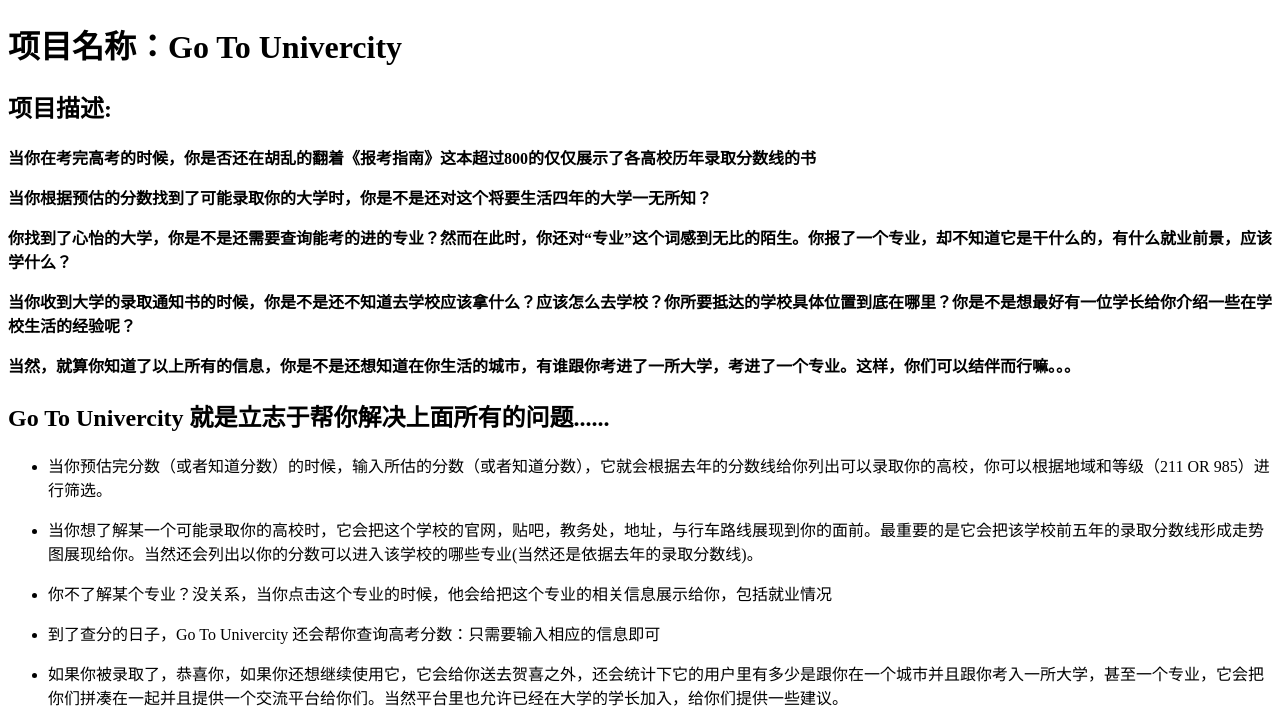
Repository: SUT-GC/GoToUnivercity
Page: http://localhost/GoToUniversity/ideasource/idea.jsp
An editor plug-in stored every save of this project. The page is shown before and after the next save, followed by the edit.
The browser window is 1280 px wide. The pictures show the whole page.
The page is served by Tomcat 9. Nobody is signed in. The application's start-up code is not run.

Above is the page before, as saved 2015-11-16 11:14:50.

After the next save:
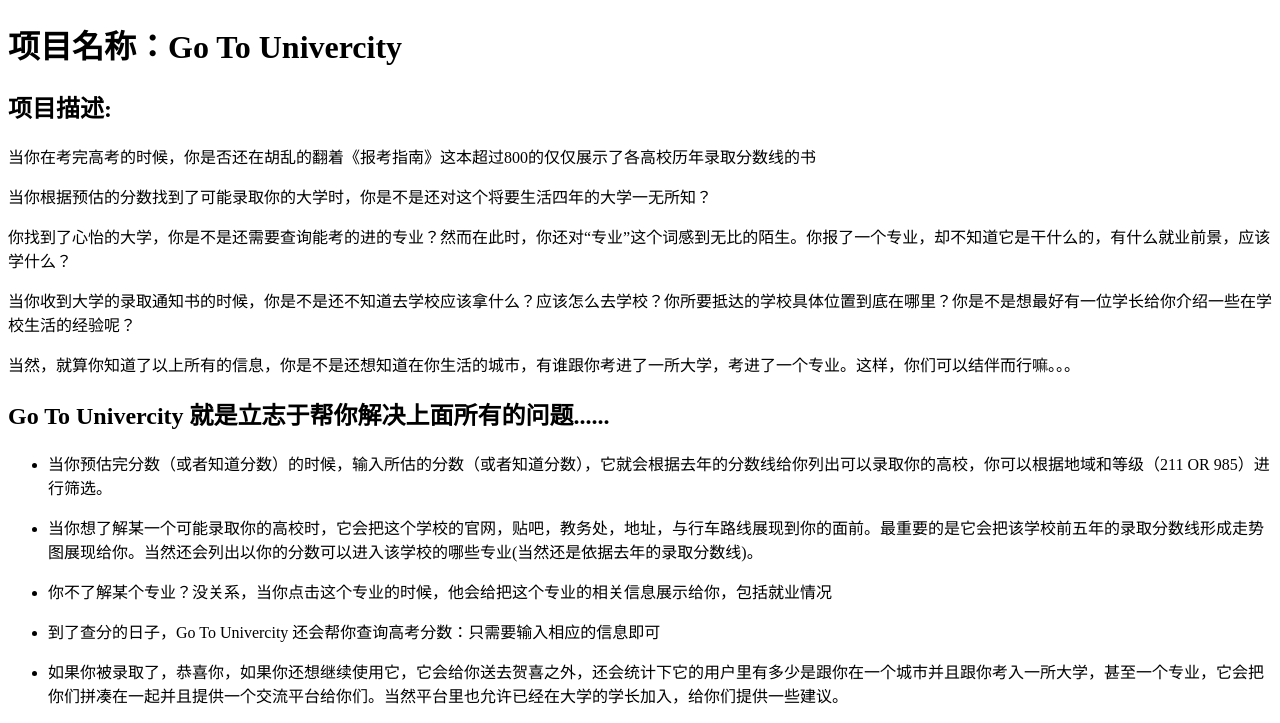
Saved 17 s later.
--- a/GoToUniversity/WebContent/ideasource/idea.jsp
+++ b/GoToUniversity/WebContent/ideasource/idea.jsp
@@ -14,13 +14,11 @@
 		<div class="content_body">
 			<div class="content_body_description">
 				<h2>项目描述:</h2>
-				<h4>
 					<p>当你在考完高考的时候，你是否还在胡乱的翻着《报考指南》这本超过800的仅仅展示了各高校历年录取分数线的书</p>
 					<p>当你根据预估的分数找到了可能录取你的大学时，你是不是还对这个将要生活四年的大学一无所知？</p>
 					<p>你找到了心怡的大学，你是不是还需要查询能考的进的专业？然而在此时，你还对“专业”这个词感到无比的陌生。你报了一个专业，却不知道它是干什么的，有什么就业前景，应该学什么？</p>
 					<p>当你收到大学的录取通知书的时候，你是不是还不知道去学校应该拿什么？应该怎么去学校？你所要抵达的学校具体位置到底在哪里？你是不是想最好有一位学长给你介绍一些在学校生活的经验呢？</p>
 					<p>当然，就算你知道了以上所有的信息，你是不是还想知道在你生活的城市，有谁跟你考进了一所大学，考进了一个专业。这样，你们可以结伴而行嘛。。。</p>
-				</h4>
 			</div>
 			<div class="content_body_content">
 				<h2>Go To Univercity 就是立志于帮你解决上面所有的问题......</h2>
